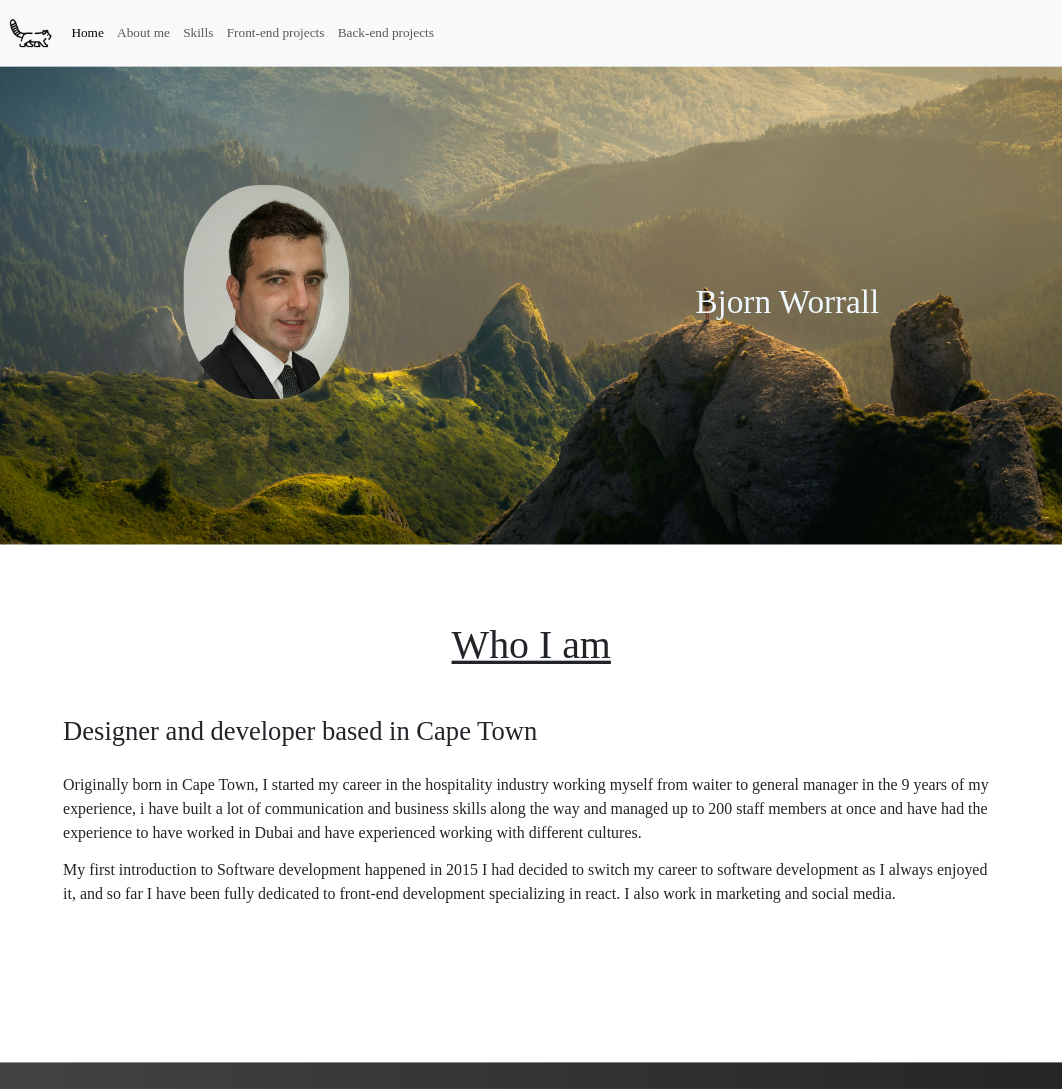
Repository: lasity34/portfolio
Page: index.html
The author's editor kept a copy of each file at every save. The page is drawn from the files as they stood at one save, then again after the next save.
The browser window is 1280 px wide. The pictures show the whole page, at 83% of full size.
Backgrounds fixed to the window are drawn as part of the page. Some web fonts or font styles are not loaded; a fallback is used.

Above is the page before, as saved 2023-03-14 09:04:39.

### index.html
<!DOCTYPE html>
<html lang="en">
  <head>
    <meta charset="UTF-8" />
    <meta http-equiv="X-UA-Compatible" content="IE=edge" />
    <meta name="viewport" content="width=device-width, initial-scale=1.0" />
    <title>Bjorn Portfolio</title>
    <link rel="preconnect" href="https://fonts.googleapis.com">
<link rel="preconnect" href="https://fonts.gstatic.com" crossorigin>

    <link
      href="https://cdn.jsdelivr.net/npm/bootstrap@5.3.0-alpha1/dist/css/bootstrap.min.css"
      rel="stylesheet"
      integrity="sha384-GLhlTQ8iRABdZLl6O3oVMWSktQOp6b7In1Zl3/Jr59b6EGGoI1aFkw7cmDA6j6gD"
      crossorigin="anonymous"
    />
    <script
      src="https://cdn.jsdelivr.net/npm/bootstrap@5.3.0-alpha1/dist/js/bootstrap.bundle.min.js"
      integrity="sha384-w76AqPfDkMBDXo30jS1Sgez6pr3x5MlQ1ZAGC+nuZB+EYdgRZgiwxhTBTkF7CXvN"
      crossorigin="anonymous"
    ></script>
    <link rel="stylesheet" type="text/css" href="styles.css" />
    <link rel="preconnect" href="https://fonts.googleapis.com">
    <link rel="preconnect" href="https://fonts.gstatic.com" crossorigin>
    <link href="https://fonts.googleapis.com/css2?family=Euphoria+Script&family=Schoolbell&display=swap" rel="stylesheet">
  </head>
  <body>
    <nav class="navbar navbar-expand-lg bg-body-tertiary">
      <div class="container-fluid d-flex justify-content-between">
        <a class="navbar-brand" href="#"
          ><img width="50" height="54" src="./Images/red-panda.png"
        /></a>
        <button
          class="navbar-toggler"
          type="button"
          data-bs-toggle="collapse"
          data-bs-target="#navbarNavAltMarkup"
          aria-controls="navbarNavAltMarkup"
          aria-expanded="false"
          aria-label="Toggle navigation"
        >
          <span class="navbar-toggler-icon"></span>
        </button>
        <div class="collapse navbar-collapse" id="navbarNavAltMarkup">
          <div class="navbar-nav" id="color">
            <a class="nav-link active" aria-current="page" href="#">Home</a>
            <a class="nav-link" href="#about_me">About me</a>
            <a class="nav-link" href="#skills">Skills</a>
            <a class="nav-link" href="#">Front-end projects</a>
            <a class="nav-link">Back-end projects</a>
          </div>
        </div>
      </div>
    </nav>
    <section class="container-fluid intro_container ">
      <div class="info_container general_container">
        <img src="./Images/profile_pic.jpg" class="img-fluid" />
        <h1>Bjorn Worrall</h1>
      </div>
    </section>
    <section class="container-fluid about_container" id="about_me">
      <div>
        <h2>Who I am</h2>
        <h5>Designer and developer based in Cape Town</h5>
        <p>
          Originally born in Cape Town, I started my career in the hospitality
          industry working myself from waiter to general manager in the 9 years
          of my experience, i have built a lot of communication and business
          skills along the way and managed up to 200 staff members at once and
          have had the experience to have worked in Dubai and have experienced
          working with different cultures.
        </p>
        <p>
          My first introduction to Software development happened in 2015 I had
          decided to switch my career to software development as I always
          enjoyed it, and so far I have been fully dedicated to front-end
          development specializing in react. I also work in marketing and social
          media.
        </p>
      </div>
    </section>
    <section id="skills">

    </section>
  </body>
</html>

### styles.css
/* global */

* {
    font-family: 'Schoolbell', cursive;
}

body, html {
  margin: 0;
}

/* nav  */





/* Intro */

.intro_container {
    background: url(./Images/profile_img.jpg) no-repeat fixed center bottom;
	background-size: cover;
    height: 80vh;
    display: flex;
    align-items: center;
    justify-content: center;
}



.info_container img {
 border-radius: 45%;
 box-shadow: 2px 2px 4px rgba(216, 207, 207, 0.2);
 width: 130px;
 margin-bottom: 2em;
}

.info_container h1 {
    color: aliceblue;
    font-size: 2.5rem;
}

.general_container {
    display: flex;
    flex-direction: column;
    align-items: center;
    width: 100%;
    height: 40vh;

}




@media (min-width: 576px) {
    .general_container {
        flex-direction: row;
        justify-content: space-around;
    }


}

@media (min-width: 768px) {
    .info_container img {
        width: 150px;

    }
}

@media (min-width: 1200px) {
    .info_container img {
        width: 200px;
    }
}


/* Description */


.about_container {
    height: 60vh;
    margin-top: 10em;
    max-width: 90%;
    display: flex;
    align-items: center;
}


#about_me h2 {
    text-align: center;
    font-size: 3rem;
    text-decoration: underline;
    padding: 1em;
}

#about_me h5 {
    font-size: 2rem;
    margin-bottom: 1em;
}

#about_me p {
        font-size: 1.2rem;
}

@media (min-width: 768px) {
    .about_container {
        height: 60vh;
        margin-top: 2em;
    }
}

/* skills */

#skills {
    background: #232526;  /* fallback for old browsers */
background: -webkit-linear-gradient(to right, #414345, #232526);  /* Chrome 10-25, Safari 5.1-6 */
background: linear-gradient(to right, #414345, #232526); /* W3C, IE 10+/ Edge, Firefox 16+, Chrome 26+, Opera 12+, Safari 7+ */
margin-top: 10em;
    color: aliceblue;
    padding: 1em;
}

#skills h1 {
    text-align: center;
}

After the next save:
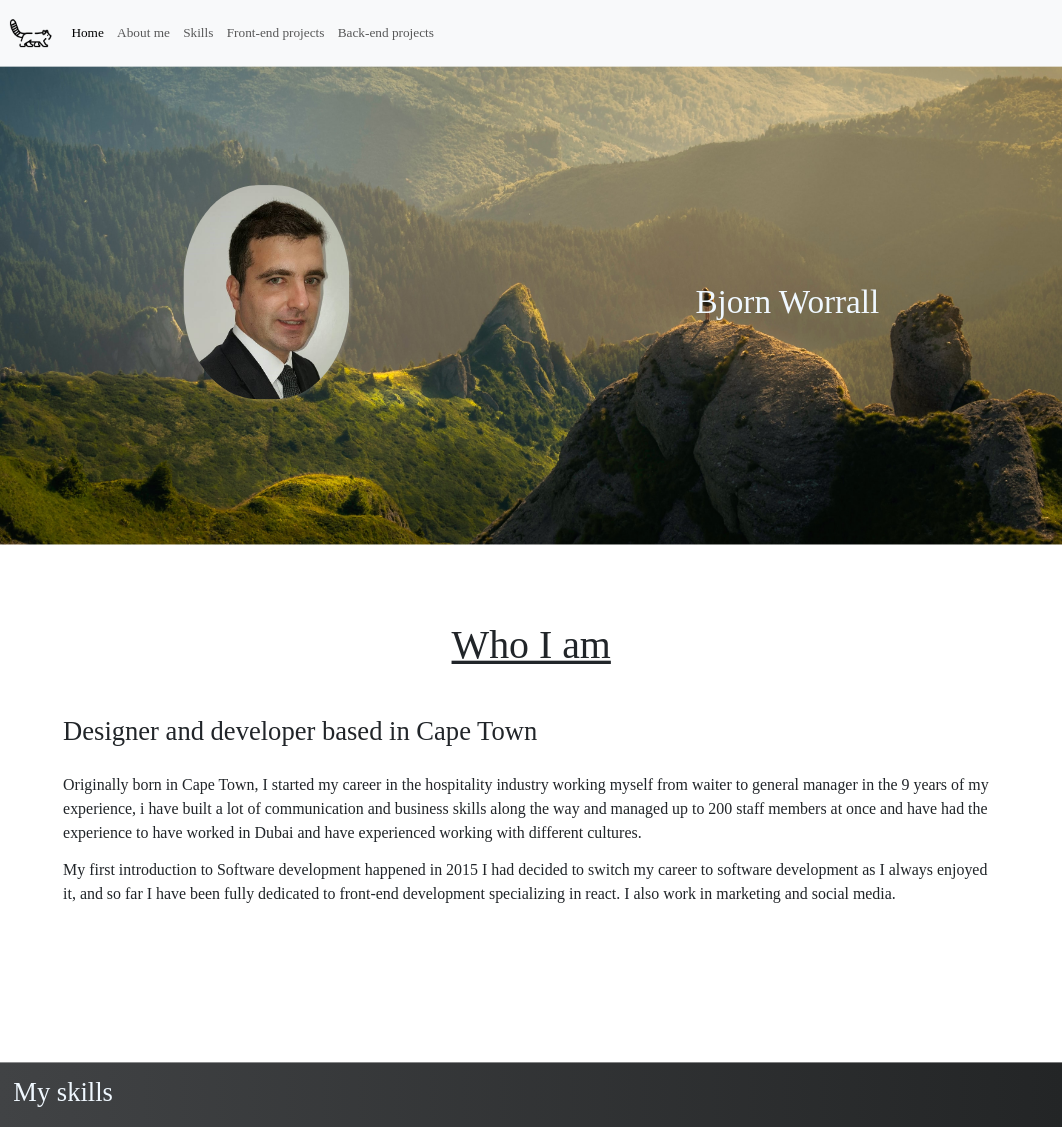
Saved 12 s later.
--- a/index.html
+++ b/index.html
@@ -80,7 +80,7 @@
       </div>
     </section>
     <section id="skills">
-
+      <h2>My skills</h2>
     </section>
   </body>
 </html>
